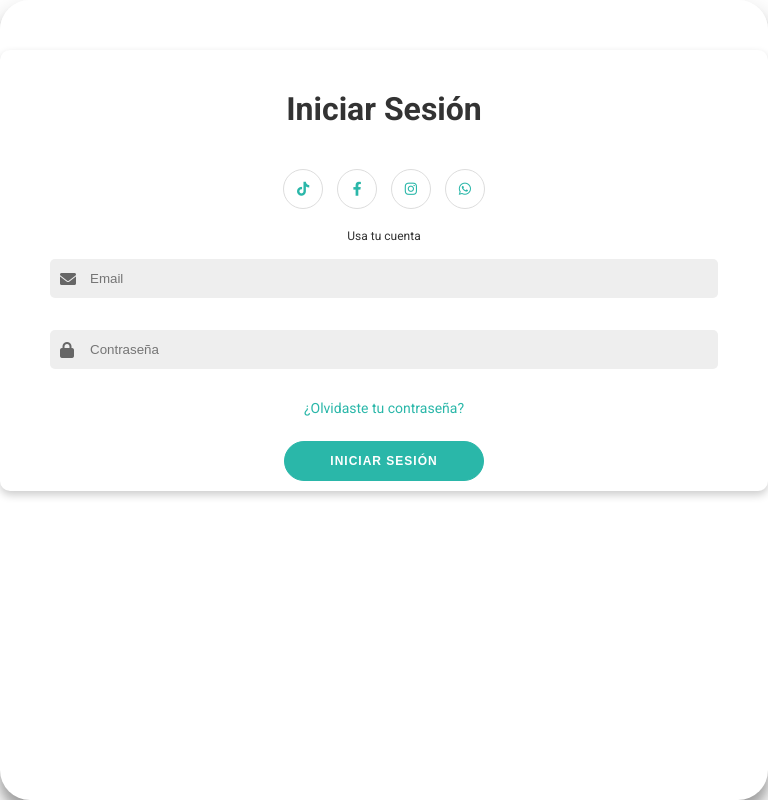
Repository: EddyWebz/updat
Page: BASE-2/index.html
The author's editor kept a copy of each file at every save. The page is drawn from the files as they stood at one save, then again after the next save.
The browser window is 768 px wide. The pictures show the whole page.

Above is the page before, as saved 2024-09-23 13:49:08.

### BASE-2/index.html
<!DOCTYPE html>
<html lang="en">
<head>
    <meta charset="UTF-8">
    <meta name="viewport" content="width=device-width, initial-scale=1.0">
    <title>Inicio de Sesión</title>
    <link rel="apple-touch-icon" sizes="180x180" href="/ico.login/apple-touch-icon.png">
<link rel="icon" type="image/png" sizes="32x32" href="/ico.login/favicon-32x32.png">
<link rel="icon" type="image/png" sizes="16x16" href="/ico.login/favicon-16x16.png">
<link rel="manifest" href="/ico.login/site.webmanifest">
    <!-- Enlace a la hoja de estilos CSS -->
    <link rel="stylesheet" href="login.css">
    <!-- Enlace a la biblioteca de iconos Font Awesome -->
    <link rel="stylesheet" href="https://cdnjs.cloudflare.com/ajax/libs/font-awesome/6.0.0-beta3/css/all.min.css">
</head>
<body>
    <!-- Contenedor principal que envuelve los formularios de inicio de sesión  -->
   <!-- Contenedor principal que envuelve los formularios de inicio de sesión -->
<div class="container" id="container">
    <!-- Contenedor del formulario de inicio de sesión -->
    <div class="form-container sign-in-container">
        <form id="login-form" aria-labelledby="login-title">
            <h1 id="login-title">Iniciar Sesión</h1>
            <!-- Contenedor de iconos sociales -->
            <div class="social-container">
                <a href="https://www.tiktok.com/@hotelveuxor" class="social" target="_blank" title="TikTok"><i class="fab fa-tiktok" aria-label="TikTok"></i></a>
                <a href="https://www.facebook.com/hotelveuxor" class="social" target="_blank" title="Facebook"><i class="fab fa-facebook-f" aria-label="Facebook"></i></a>
                <a href="https://www.instagram.com/hotelveuxorec/" class="social" target="_blank" title="Instagram"><i class="fab fa-instagram" aria-label="Instagram"></i></a>
                <a href="https://api.whatsapp.com/send?phone=+593980197790" class="social" target="_blank" title="WhatsApp"><i class="fab fa-whatsapp" aria-label="WhatsApp"></i></a>
            </div>
            <span>Usa tu cuenta</span>
            <div class="input-container">
                <i class="fas fa-envelope icon"></i>
                <input type="email" placeholder="Email" id="login-email" required aria-label="Email" />
            </div>
            <div class="input-container">
                <i class="fas fa-lock icon"></i>
                <input type="password" placeholder="Contraseña" id="login-password" required aria-label="Contraseña" />
            </div>
            <a href="#" title="Restablecer contraseña">¿Olvidaste tu contraseña?</a>
            <button type="submit" id="loginButton">Iniciar Sesión</button>
        </form>
    </div>
</div>


    <!-- Enlace al archivo frontend.js -->
    <script src="frontend.js"></script>
    <!-- enlase de libreria de alertas javascript -->
    <script src="https://cdn.jsdelivr.net/npm/sweetalert2@11"></script>
</body>
</html>

### BASE-2/login.css
/* Importación de la fuente Roboto */
@import url('https://fonts.googleapis.com/css2?family=Roboto:wght@400;700&display=swap');

/* Reseteo de box-sizing para todos los elementos */
* {
    box-sizing: border-box;
}

/* Estilos básicos para el cuerpo */
body {
    font-family: 'Roboto', sans-serif;
    background: #ffffff;
    display: flex;
    justify-content: center;
    align-items: center;
    height: 100vh;
    margin: 0;
}

/* Estilos para el título principal */
h1 {
    font-weight: bold;
    margin-top: 40px;
    color: #333333;
}

/* Estilos para los párrafos */
p {
    font-size: 14px;
    font-weight: 100;
    line-height: 20px;
    margin: 20px 0 30px;
    color: #333333;
}

/* Estilos para los span */
span {
    font-size: 12px;
    color: #333333;
}

/* Estilos para los enlaces */
a {
    color: #2ab7a9;
    font-size: 14px;
    text-decoration: none;
    margin: 15px 0;
}

a:hover {
    color: #228f80;
    transform: scale(1.02);
    transition: transform 0.2s ease, color 0.2s ease;
}

/* Estilos para los botones */
button {
    border-radius: 20px;
    border: 1px solid #2ab7a9;
    background-color: #2ab7a9;
    color: #ffffff;
    font-size: 12px;
    font-weight: bold;
    padding: 12px 45px;
    letter-spacing: 1px;
    text-transform: uppercase;
    transition: transform 80ms ease-in, background-color 0.3s ease;
    margin: 10px;
}

/* Hover en el botón de Iniciar Sesión */
button#loginButton:hover {
    background-color: #228f80;
    transform: scale(1.05);
}

/* Hover en el botón de los iconos */
button:hover {
    background-color: #228f80;
}

button:active {
    transform: scale(0.95);
}

button:focus {
    outline: none;
}

/* Estilos para los formularios */
form {
    background-color: #ffffff;
    display: flex;
    flex-direction: column;
    align-items: center;
    padding: 0 50px;
    height: 100%;
    text-align: center;
    border-radius: 10px;
    box-shadow: 0 4px 8px rgba(0, 0, 0, 0.2);
}

/* Estilos para los contenedores de input con iconos */
.input-container {
    position: relative;
    width: 100%;
    margin: 8px 0;
}

.input-container .icon {
    position: absolute;
    left: 10px;
    top: 50%;
    transform: translateY(-50%);
    color: #666666;
}

/* Estilos para los inputs */
input {
    background-color: #eeeeee;
    border: none;
    padding: 12px 15px 12px 40px;
    margin: 8px 0;
    width: 100%;
    border-radius: 5px;
    transition: background-color 0.3s ease;
}

input:hover {
    background-color: #e0e0e0;
}

input:focus {
    outline: none;
    background-color: #dddddd;
}

/* Estilos para el contenedor principal */
.container {
    background-color: #ffffff;
    border-radius: 30px;
    box-shadow: 0 14px 28px rgba(0, 0, 0, 0.25),
                0 10px 10px rgba(0, 0, 0, 0.22);
    position: relative;
    overflow: hidden;
    width: 500px; /* Ajuste de ancho para solo iniciar sesión */
    max-width: 100%;
    min-height: 480px;
}

/* Estilos para el contenedor de inicio de sesión */
.sign-in-container {
    left: 0;
    width: 100%;
    z-index: 2;
}

/* Estilos para el contenedor social */
.social-container {
    margin: 20px 0;
}

.social-container a {
    border: 1px solid #dddddd;
    border-radius: 50%;
    display: inline-flex;
    justify-content: center;
    align-items: center;
    margin: 0 5px;
    height: 40px;
    width: 40px;
}

.social-container a:hover {
    transform: scale(1.1);
    color: #000000;
    transition: transform 0.3s ease, color 0.3s ease;
}

/* Media Queries para dispositivos móviles */
@media (max-width: 768px) {
    .container {
        width: 100%;
        height: 100%;
    }
    .form-container {
        width: 100%;
        left: 0;
        padding-top: 50px;
        background-color: #ffffff;
    }
}

### BASE-2/frontend.js
// Manejo del formulario de inicio de sesión
document.getElementById('login-form').addEventListener('submit', function(event) {
    event.preventDefault(); // Previene el envío del formulario para manejarlo manualmente con JavaScript

    const email = document.getElementById('login-email').value.trim(); // Obtiene y recorta el valor del campo de email
    const password = document.getElementById('login-password').value.trim(); // Obtiene y recorta el valor del campo de contraseña

    // Validación de campos vacíos
    if (!email || !password) { // Si el email o la contraseña están vacíos
        Swal.fire({
            icon: 'warning', // Muestra una advertencia
            title: 'Campos vacíos', // Título del mensaje
            text: 'Por favor, completa todos los campos.' // Texto del mensaje
        });
        return; // Detiene la ejecución si hay campos vacíos
    }

    // Validación del formato de email
    if (!validarEmail(email)) { // Si el email no tiene un formato válido
        Swal.fire({
            icon: 'warning', // Muestra una advertencia
            title: 'Email inválido', // Título del mensaje
            text: 'Por favor, ingresa un email válido.' // Texto del mensaje
        });
        return; // Detiene la ejecución si el email es inválido
    }

    // Envía los datos al servidor para autenticación
    fetch('/auth/login', {
        method: 'POST', // Método HTTP para enviar los datos
        headers: {
            'Content-Type': 'application/json' // Indica que se envían datos en formato JSON
        },
        body: JSON.stringify({ email, password }) // Convierte los datos del formulario a JSON
    })
    .then(response => {
        if (!response.ok) { // Verifica si la respuesta del servidor no es exitosa
            return response.text().then(text => { throw new Error(text) }); // Lanza un error con el mensaje del servidor
        }
        return response.json(); // Asegura que obtengamos el JSON correctamente
    })
    .then(data => {
        Swal.fire({
            icon: 'success',
            title: 'Inicio de sesión exitoso',
            text: 'Bienvenido de nuevo!'
        }).then(() => {
            // Redirigir al dashboard basado en el rol
            window.location.href = data.redirect;
        });
    })
    .catch(error => {
        Swal.fire({
            icon: 'error',
            title: 'Error de inicio de sesión',
            text: error.message // Texto del mensaje (error generado en la promesa)
        });
    });
});

// Validar el formato del email
function validarEmail(email) {
    const re = /^[^\s@]+@[^\s@]+\.[^\s@]+$/;
    return re.test(email);
}

After the next save:
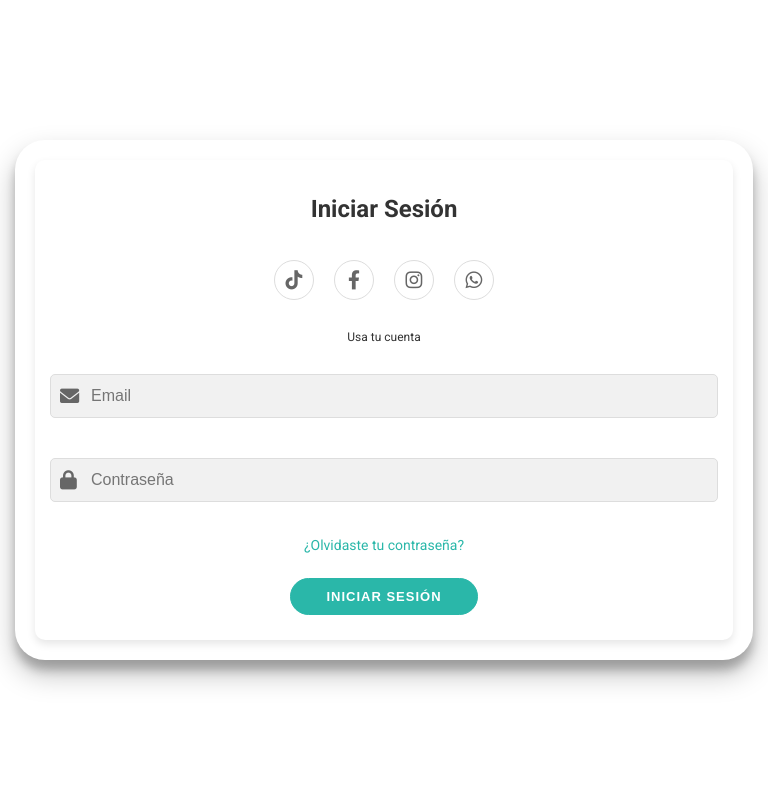
Saved 3 min 15 s later.
--- a/BASE-2/login.css
+++ b/BASE-2/login.css
@@ -15,13 +15,17 @@ body {
     align-items: center;
     height: 100vh;
     margin: 0;
+    padding: 0 15px; /* Añadimos padding lateral para móviles */
+    transition: all 0.3s ease;
 }
 
 /* Estilos para el título principal */
 h1 {
     font-weight: bold;
-    margin-top: 40px;
+    margin-top: 20px; /* Ajustamos el margen superior */
     color: #333333;
+    font-size: 2rem; /* Tamaño de fuente adaptable */
+    text-align: center; /* Centramos el título */
 }
 
 /* Estilos para los párrafos */
@@ -37,6 +41,8 @@ p {
 span {
     font-size: 12px;
     color: #333333;
+    display: block;
+    margin: 10px 0; /* Añadimos espaciado vertical */
 }
 
 /* Estilos para los enlaces */
@@ -59,24 +65,20 @@ button {
     border: 1px solid #2ab7a9;
     background-color: #2ab7a9;
     color: #ffffff;
-    font-size: 12px;
+    font-size: 14px; /* Ajustamos el tamaño del texto */
     font-weight: bold;
     padding: 12px 45px;
     letter-spacing: 1px;
     text-transform: uppercase;
     transition: transform 80ms ease-in, background-color 0.3s ease;
     margin: 10px;
+    cursor: pointer;
 }
 
 /* Hover en el botón de Iniciar Sesión */
 button#loginButton:hover {
     background-color: #228f80;
     transform: scale(1.05);
-}
-
-/* Hover en el botón de los iconos */
-button:hover {
-    background-color: #228f80;
 }
 
 button:active {
@@ -93,18 +95,17 @@ form {
     display: flex;
     flex-direction: column;
     align-items: center;
-    padding: 0 50px;
-    height: 100%;
+    padding: 20px 50px;
     text-align: center;
     border-radius: 10px;
-    box-shadow: 0 4px 8px rgba(0, 0, 0, 0.2);
+    box-shadow: 0 4px 8px rgba(0, 0, 0, 0.1);
 }
 
 /* Estilos para los contenedores de input con iconos */
 .input-container {
     position: relative;
     width: 100%;
-    margin: 8px 0;
+    margin: 12px 0; /* Mayor espaciado entre los inputs */
 }
 
 .input-container .icon {
@@ -113,26 +114,29 @@ form {
     top: 50%;
     transform: translateY(-50%);
     color: #666666;
+    font-size: 1.2rem;
 }
 
 /* Estilos para los inputs */
 input {
-    background-color: #eeeeee;
-    border: none;
+    background-color: #f1f1f1;
+    border: 1px solid #ddd;
     padding: 12px 15px 12px 40px;
     margin: 8px 0;
     width: 100%;
     border-radius: 5px;
-    transition: background-color 0.3s ease;
+    font-size: 1rem;
+    transition: background-color 0.3s ease, border-color 0.3s ease;
 }
 
 input:hover {
-    background-color: #e0e0e0;
+    background-color: #eaeaea;
 }
 
 input:focus {
     outline: none;
-    background-color: #dddddd;
+    border-color: #2ab7a9; /* Añadimos color al borde al hacer foco */
+    background-color: #fff;
 }
 
 /* Estilos para el contenedor principal */
@@ -143,9 +147,11 @@ input:focus {
                 0 10px 10px rgba(0, 0, 0, 0.22);
     position: relative;
     overflow: hidden;
-    width: 500px; /* Ajuste de ancho para solo iniciar sesión */
+    width: 500px;
     max-width: 100%;
     min-height: 480px;
+    padding: 20px;
+    transition: all 0.3s ease;
 }
 
 /* Estilos para el contenedor de inicio de sesión */
@@ -158,6 +164,8 @@ input:focus {
 /* Estilos para el contenedor social */
 .social-container {
     margin: 20px 0;
+    display: flex;
+    justify-content: center; /* Centramos los iconos sociales */
 }
 
 .social-container a {
@@ -166,27 +174,36 @@ input:focus {
     display: inline-flex;
     justify-content: center;
     align-items: center;
-    margin: 0 5px;
+    margin: 0 10px;
     height: 40px;
     width: 40px;
+    color: #666;
+    font-size: 1.2rem;
+    transition: transform 0.3s ease, color 0.3s ease;
 }
 
 .social-container a:hover {
     transform: scale(1.1);
     color: #000000;
-    transition: transform 0.3s ease, color 0.3s ease;
 }
 
 /* Media Queries para dispositivos móviles */
 @media (max-width: 768px) {
     .container {
         width: 100%;
-        height: 100%;
-    }
-    .form-container {
-        width: 100%;
-        left: 0;
-        padding-top: 50px;
-        background-color: #ffffff;
-    }
-}
+        height: auto; /* Ajustamos la altura automática para móviles */
+    }
+
+    form {
+        padding: 15px; /* Reducimos el padding en móviles */
+    }
+
+    h1 {
+        font-size: 1.5rem; /* Reducimos el tamaño del título */
+    }
+
+    button {
+        font-size: 13px; /* Ajustamos el tamaño de los botones en móviles */
+        padding: 10px 35px; /* Reducimos el padding en los botones */
+    }
+}
